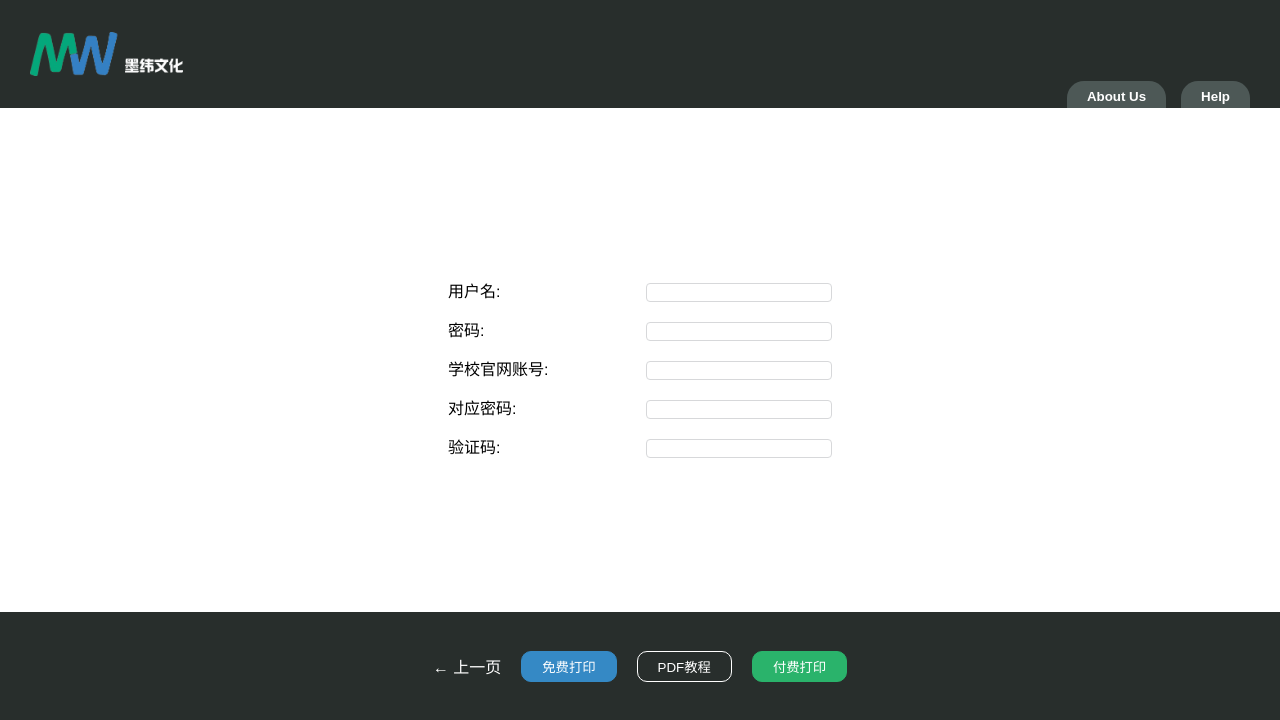
Repository: sucksucksucksuck/mw
Page: /#/register
An editor plug-in stored every save of this project. The page is shown before and after the next save, followed by the edit.
The browser window is 1280 px wide. The pictures show the whole page.
The project was rebuilt for these pictures with package versions that can differ from the ones it lists, and the page was loaded fresh each time. Also part of the build but not shown: webpack.config.js, src/components/HelloWorld.vue, src/components/Suck.vue.

Above is the page before, as saved 2018-04-13 17:24:45.

### index.html
<!DOCTYPE html>
<html>
  <head>
    <meta charset="utf-8">
    <meta name="viewport" content="width=device-width,initial-scale=1.0">
    <title>mw文化</title>
  </head>
  <body>
    <div id="app">

    </div>
  </body>
</html>

### src/App.vue
<template>
  <div id="app">
    <header>
      <img src="./assets/images/logo.png" alt="">
      <div class="btn">
        <button type="button">About Us</button>
        <button type="button">Help</button>
      </div>
    </header>
    <div class="wrap">
      <router-view/>
    </div>
    <footer>
      <div @click='back'>
        ← 上一页
      </div>
      <button type="button" class="free">
        免费打印
      </button>
      <button type="button" class="pdf">
        PDF教程
      </button>
      <button type="button" class="pay">
        付费打印
      </button>
    </footer>
  </div>
</template>

<script>
  export default {
    name: 'App',
    methods: {
      back: function () {
        this.$router.go(-1)
      }
    }
  }

</script>

<style>
  #app {
    font-family: 'Avenir', Helvetica, Arial, sans-serif;
    -webkit-font-smoothing: antialiased;
    -moz-osx-font-smoothing: grayscale;
    text-align: center;
    color: #fff;
    background-color: #282E2C;
    height: 100%;
    display: flex;
    flex-direction: column;
    flex: 1;
    width: 100%;
    overflow: hidden;
    position: absolute;
    top: 0;
    left: 0;
  }

  header {
    background: #282E2C;
    height: 15%;
    justify-content: space-between;
    align-items: center;
    display: flex;
  }

  header .btn {
    margin-right: 30px;
    display: flex;
    flex-direction: row;
    justify-content: space-between;
    align-self: flex-end;
  }

  header .btn button {
    margin-left: 15px;
    border: none;
    background: rgba(225, 255, 255, 0.2);
    color: #fff;
    border-top-left-radius: 17px;
    border-top-right-radius: 17px;
    padding: 8px 20px 4px 20px;
    cursor: pointer;
    outline: none;
    font-weight: 600;
  }

  .wrap {
    flex: 1;
    display: flex;
    background: #fff;
  }

  header img {
    height: 40%;
    margin-left: 30px;
  }

  * {
    margin: 0;
  }

  footer {
    background: #282E2C;
    height: 15%;
    justify-content: center;
    display: flex;
    align-items: center
  }

  footer div {
    cursor: pointer;
  }

  footer div:hover {
    color: #3580C4;
  }

  .free {
    margin-left: 20px;
    border: 1px solid #3589C5;
    background: #3589C5;
    color: #fff;
    border-radius: 10px;
    padding: 5px 20px;
    cursor: pointer;
    outline: none;
  }

  .pdf {
    margin-left: 20px;
    border: 1px solid #fff;
    box-sizing: content-box;
    background: transparent;
    color: #fff;
    border-radius: 10px;
    padding: 5px 20px;
    cursor: pointer;
    outline: none;
  }

  .pay {
    margin-left: 20px;
    border: 1px solid #2AB36B;
    background: #2AB36B;
    color: #fff;
    border-radius: 10px;
    padding: 5px 20px;
    cursor: pointer;
    outline: none;
  }

</style>

### src/router/index.js
import Vue from 'vue'
import Router from 'vue-router'
import HelloWorld from '@/components/HelloWorld'
import Suck from '@/components/Suck'
import Register from '@/components/Register'
Vue.use(Router)

export default new Router({
  routes: [
    {
      path: '/',
      name: 'HelloWorld',
      component: HelloWorld
    },
    {
      path: '/suck',
      name: 'Suck',
      component: Suck
    },
    {
      path: '/register',
      name: 'Register',
      component: Register
    }
  ]
})

### src/components/Register.vue
<template>
  <!-- <div class="hello">
      <h1>{{ msg }}23234</h1>
    </div> -->
  <div class="register">
    <div class="item">
      <div>用户名:</div>
      <input type="text" name="name">
    </div>
    <div class="item">
      <div>密码:</div>
      <input type="text" name="name">
    </div>
    <div class="item">
      <div>学校官网账号:</div>
      <input type="text" name="name">
    </div>
    <div class="item">
      <div>对应密码:</div>
      <input type="text" name="name">
    </div>
    <div class="item">
      <div>验证码:</div>
      <input type="text" name="name">
    </div>
  </div>
</template>

<script>
  export default {
    name: 'Register'
  }

</script>

<!-- Add "scoped" attribute to limit CSS to this component only -->
<style scoped>
  .register {
    color: #000;
    display: flex;
    align-items: center;
    justify-content: center;
    flex: 1;
    flex-direction: column;
  }

  .item {
    display: flex;
    flex-direction: row;
    justify-content: space-between;
    width: 30%;
    margin-top: 15px;
  }

  .item div {
    align-self: flex-end;
  }

  input {
    align-self: flex-end;
    outline: none;
    border-radius: 4px;
    border: 1px solid #D7D8DA;
    padding-left: 5px;
  }

</style>

Loaded but not shown: src/main.js (common file)

After the next save:
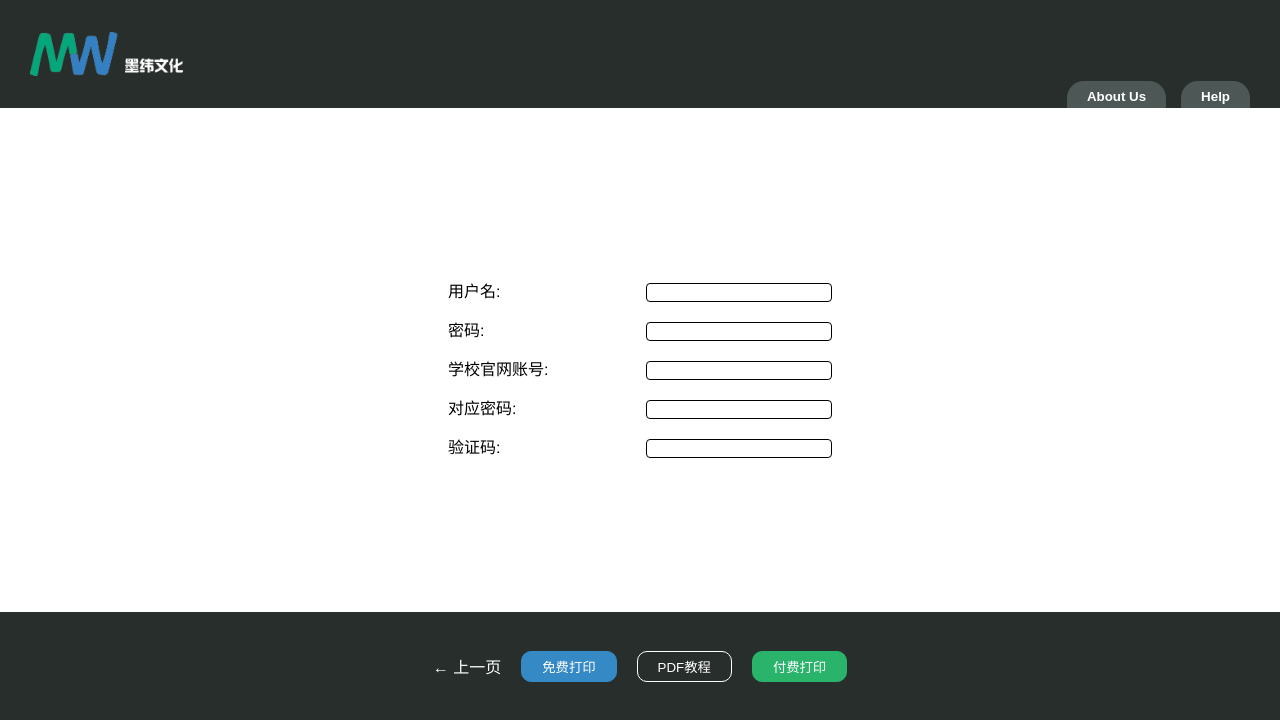
Saved 33 s later.
--- a/src/components/Register.vue
+++ b/src/components/Register.vue
@@ -60,7 +60,7 @@
     align-self: flex-end;
     outline: none;
     border-radius: 4px;
-    border: 1px solid #D7D8DA;
+    border: 1px solid #000;
     padding-left: 5px;
   }
 
